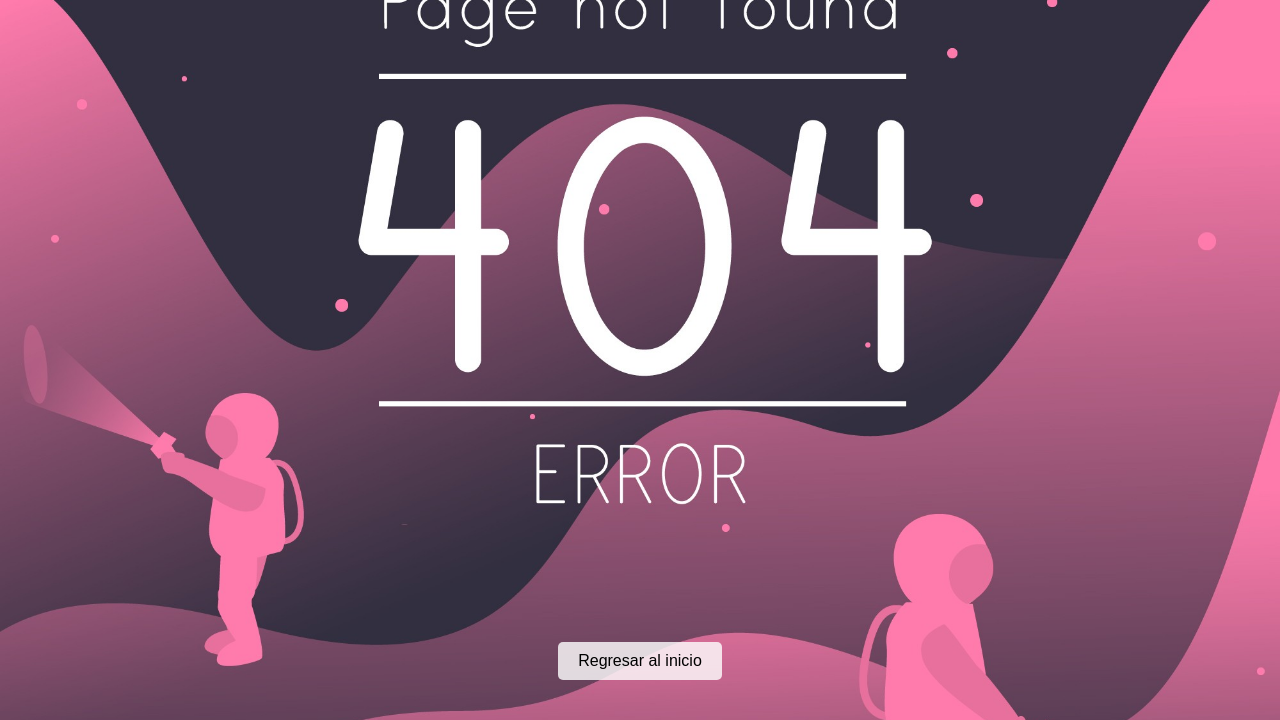
Repository: Diegoms0595/Diego-Final-project2
Page: 404.html
An editor plug-in stored every save of this project. The page is shown before and after the next save, followed by the edit.
The browser window is 1280 px wide. The pictures show the whole page.

Above is the page before, as saved 2025-06-04 20:28:19.

### 404.html
<!DOCTYPE html>
<html lang="en">
<head>
  <meta charset="UTF-8">
  <meta name="viewport" content="width=device-width, initial-scale=1.0">
  <title>Document</title>
  <style>
    html, body {
      margin: 0;
      padding: 0;
      height: 100%;
      width: 100%;
      position: relative;
      font-family: sans-serif;
    }
    img {
      height: 100vh;
      width: 100vw;
      display: block;
      object-fit: cover;
    }
    .button-container {
      position: absolute;
      bottom: 40px;
      width: 100%;
      display: flex;
      justify-content: center;
    }
    .back-button {
      padding: 10px 20px;
      font-size: 16px;
      background-color: #ffffffcc;
      border: none;
      border-radius: 5px;
      cursor: pointer;
      text-decoration: none;
      color: black;
    }
    .back-button:hover {
      background-color: white;
    }
  </style>
</head>
<body>
  <img src="./Assets/404.jpg" alt="404">
  <div class="button-container">
    <a href="index.html" class="back-button">Regresar al inicio</a>
  </div>
</body>
</html>

After the next save:
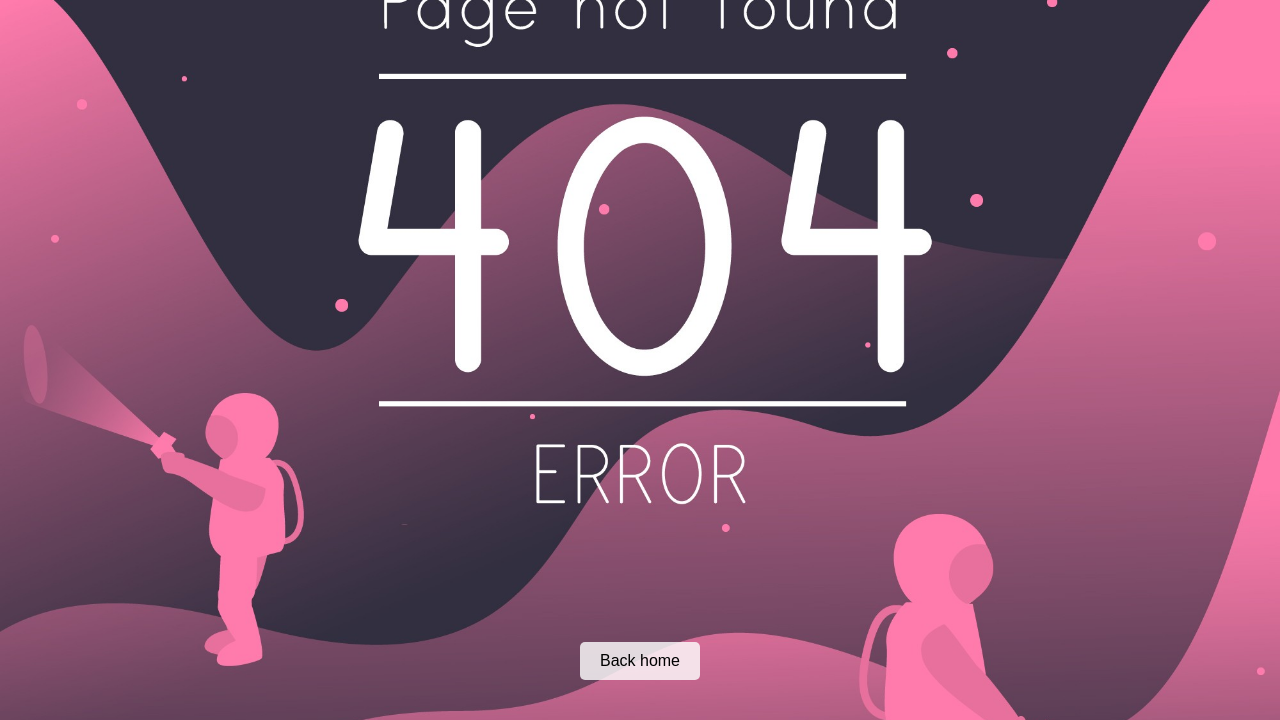
Saved 19 s later.
--- a/404.html
+++ b/404.html
@@ -44,7 +44,7 @@
 <body>
   <img src="./Assets/404.jpg" alt="404">
   <div class="button-container">
-    <a href="index.html" class="back-button">Regresar al inicio</a>
+    <a href="index.html" class="back-button">Back home</a>
   </div>
 </body>
 </html>
